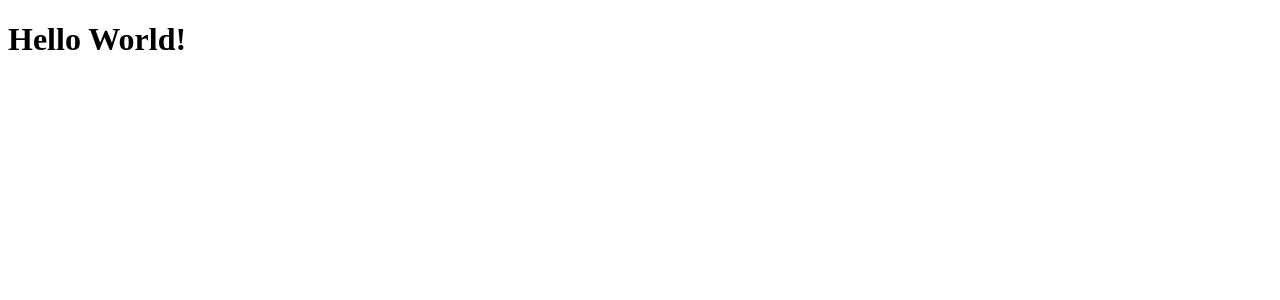
Repository: AlejandroCardenasP/MyWeb
Page: myweb.html
The author's editor kept a copy of each file at every save. The page is drawn from the files as they stood at one save, then again after the next save.
The browser window is 1280 px wide. The pictures show the whole page.

Above is the page before, as saved 2024-12-20 19:49:12.

### myweb.html
<!DOCTYPE html>
<html>
    <head>
        <title>Test Blog</title>
    </head>
    <body>
        <div>
            <h1>
                Hello World!
            </h1>
        </div>
    </body>
</html>

After the next save:
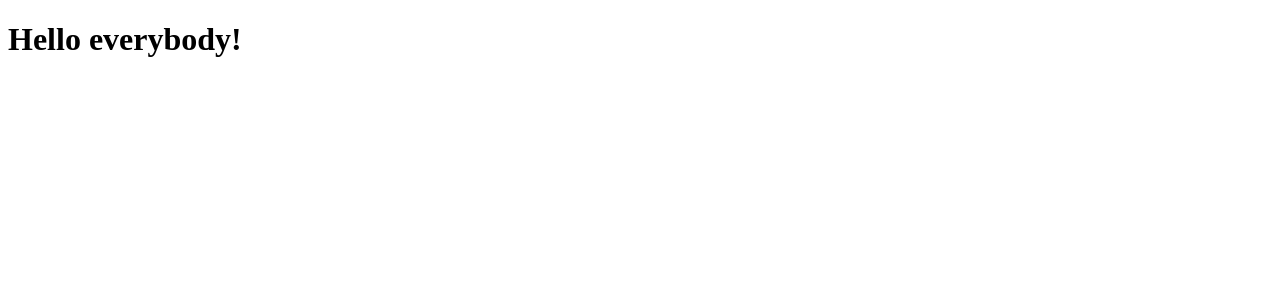
Saved 13 s later.
--- a/myweb.html
+++ b/myweb.html
@@ -6,7 +6,7 @@
     <body>
         <div>
             <h1>
-                Hello World!
+                Hello everybody!
             </h1>
         </div>
     </body>
